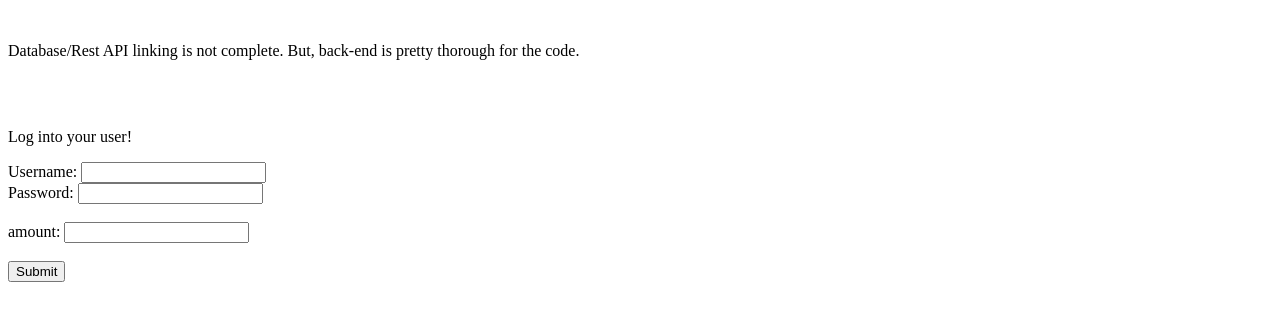
Repository: hcm4990/BankingApplicationRestAPI
Page: gs-serving-web-content-complete/src/main/resources/static/index.html
These files come from the project's save history. The page is drawn as it stood at one moment and after the next save; the edit follows.
The browser window is 1280 px wide. The pictures show the whole page.

Above is the page before, as saved 2020-04-06 15:10:27.

After the next save:
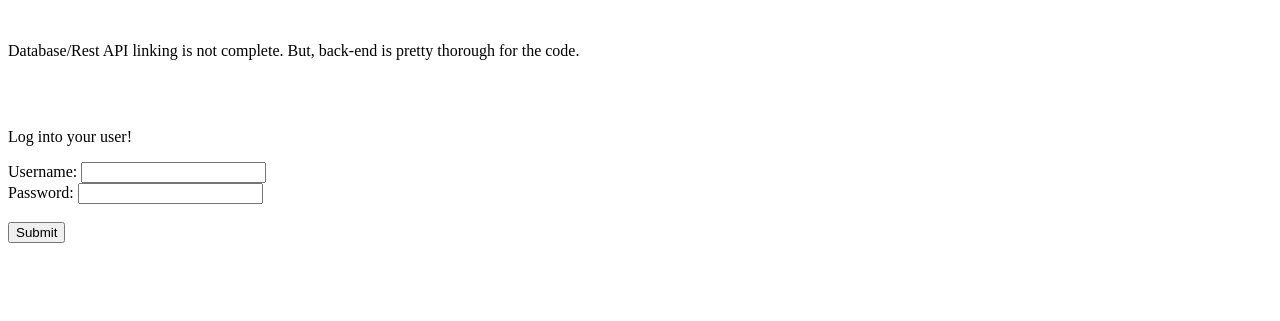
Saved 17 s later.
--- a/gs-serving-web-content-complete/src/main/resources/static/index.html
+++ b/gs-serving-web-content-complete/src/main/resources/static/index.html
@@ -15,8 +15,6 @@
 			name="user_id"><br>
 		<label for="pass_word">Password:</label> <input type="text" id="pass_word"
 			name="pass_word"><br>
-		<br> <label for="amount">amount:</label> <input type="text"
-			id="amount" name="amount"><br>
 		<br> <input type="submit" value="Submit">
 	</form>
 </body>
